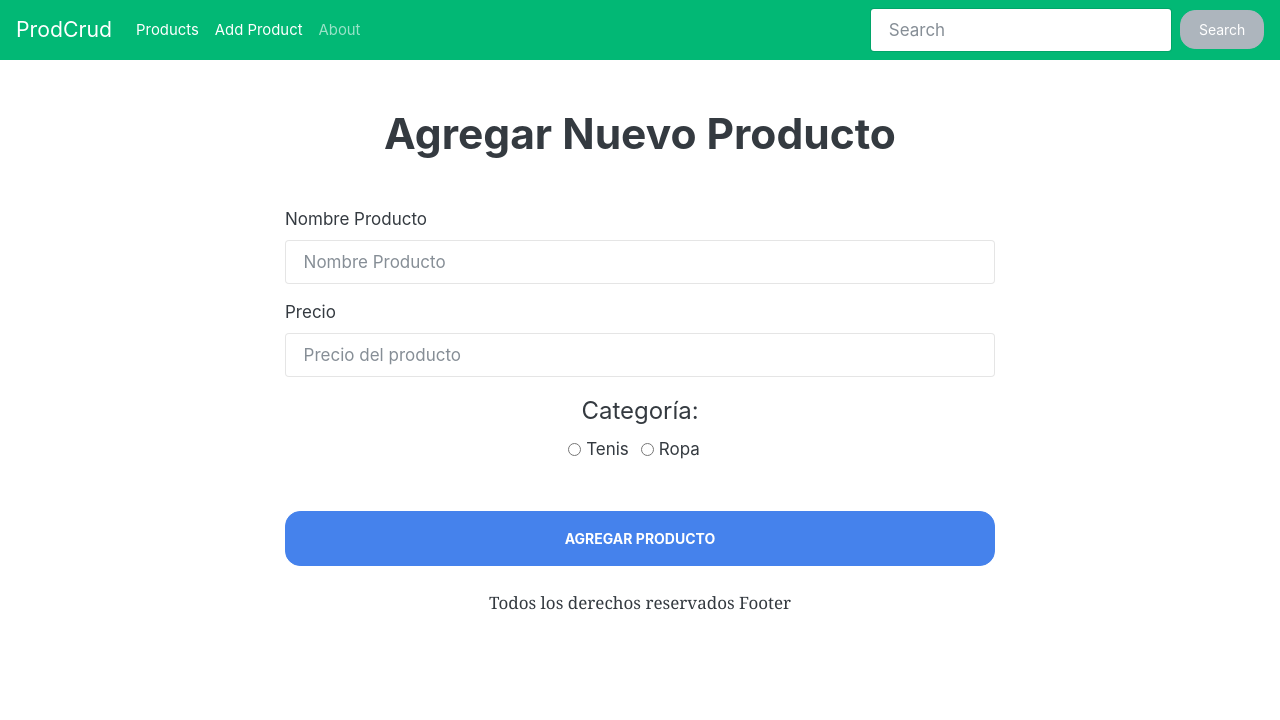
Repository: harrycampaz/router-reactjs
Page: /add-product
These files come from the project's save history. The page is drawn as it stood at one moment and after a run of saves; the edit follows.
The browser window is 1280 px wide. The pictures show the whole page.
The project was rebuilt for these pictures with package versions that can differ from the ones it lists, and the page was loaded fresh each time. Requests to the local data server were answered from the project's data file. Also part of the build but not shown: src/components/Product/Product.js, src/components/Product/Products.js, src/components/Error.js, src/components/Product/EditProduct.js.

Above is the page before, as saved 2020-01-25 16:40:19.

### public/index.html
<!DOCTYPE html>
<html lang="en">
  <head>
    <meta charset="utf-8" />
    <link rel="icon" href="%PUBLIC_URL%/favicon.ico" />
    <meta name="viewport" content="width=device-width, initial-scale=1" />
    <meta name="theme-color" content="#000000" />
    <meta
      name="description"
      content="Web site created using create-react-app"
    />
    <link rel="apple-touch-icon" href="%PUBLIC_URL%/logo192.png" />
    <!--
      manifest.json provides metadata used when your web app is installed on a
      user's mobile device or desktop. See https://developers.google.com/web/fundamentals/web-app-manifest/
    -->
    <link rel="manifest" href="%PUBLIC_URL%/manifest.json" />
    <link rel="stylesheet" href="/css/bootstrap.min.css">
    <!--
      Notice the use of %PUBLIC_URL% in the tags above.
      It will be replaced with the URL of the `public` folder during the build.
      Only files inside the `public` folder can be referenced from the HTML.

      Unlike "/favicon.ico" or "favicon.ico", "%PUBLIC_URL%/favicon.ico" will
      work correctly both with client-side routing and a non-root public URL.
      Learn how to configure a non-root public URL by running `npm run build`.
    -->
    <title>React App</title>
  </head>
  <body>
    <noscript>You need to enable JavaScript to run this app.</noscript>
    <div id="root"></div>
    <!--
      This HTML file is a template.
      If you open it directly in the browser, you will see an empty page.

      You can add webfonts, meta tags, or analytics to this file.
      The build step will place the bundled scripts into the <body> tag.

      To begin the development, run `npm start` or `yarn start`.
      To create a production bundle, use `npm run build` or `yarn build`.
    -->
  </body>
</html>

### src/App.js
import React, { useState, useEffect } from 'react';
import axios from "axios";

import { BrowserRouter as Router, Route, Switch } from 'react-router-dom';
import Products from './components/Product/Products';
import AddProduct from './components/Product/AddProduct';
import EditProduct from './components/Product/EditProduct';
import Product from './components/Product/Product';
import Header from './ui/Header';
import Footer from './ui/Footer';


function App() {

  const [products, setProducts]= useState([]);

  useEffect(()=> {

    fetchApi();

  }, [])

  const fetchApi = async () => {
    const result = await axios.get('http://localhost:4000/store');

    console.log(result.data);

    setProducts(result.data);

  }


  return (
    <Router>
      <Header/>
      <main className="container mt-5">
        <Switch>

          <Route exact path ="/products" render={() => (
            <Products products={products}/>
          )}/>
          <Route exact path ="/add-product" component={AddProduct}/>
          <Route exact path ="/products/:id" component={Product}/>
          <Route exact path ="/products/editar/:id" component={EditProduct}/>
        </Switch>
      </main>
      <Footer />
    </Router>

  );
}

export default App;

### src/components/Product/AddProduct.js
import React, { useState } from 'react';
import Error from '../Error';

function AddProduct(props) {

    const [name, setName] = useState('');
    const [price, setPrice] = useState('');
    const [category, setCategory] = useState('');
    const [error, setError] = useState(false);


    const readRadio = (e) =>{

        setCategory(e.target.value)
    }
    const saveProduct = (e) =>{
        e.preventDefault();

        if(name === '' || price === '' || category === ''){
            setError(true);
            return;
        }

        setError(false);


    }


    return (
        <div className="col-md-8 mx-auto ">
        <h1 className="text-center">Agregar Nuevo Producto</h1>

{(error) ? <Error msg ="Todos los campos sin obligatorios"/>: null}

        <form
            className="mt-5"
            onSubmit={saveProduct}
        >
            <div className="form-group">
                <label>Nombre Producto</label>
                <input
                    type="text"
                    className="form-control"
                    name="name"
                    placeholder="Nombre Producto"
                    onChange= {(e) => setName(e.target.value)}
                />
            </div>

            <div className="form-group">
                <label>Precio</label>
                <input
                    type="number"
                    className="form-control"
                    name="price"
                    placeholder="Precio del producto"
                    onChange= {(e) => setPrice(e.target.value)}
                />
            </div>

            <legend className="text-center">Categoría:</legend>
            <div className="text-center">
            <div className="form-check form-check-inline">
                <input
                    className="form-check-input"
                    type="radio"
                    name="category"
                    value="tenis"
                    onChange={readRadio}
                />
                <label className="form-check-label">
                    Tenis
                </label>
            </div>
            <div className="form-check form-check-inline">
                <input
                    className="form-check-input"
                    type="radio"
                    name="category"
                    value="ropa"
                    onChange={readRadio}
                />
                <label className="form-check-label">
                    Ropa
                </label>
            </div>

            </div>

            <input type="submit" className="font-weight-bold text-uppercase mt-5 btn btn-primary btn-block py-3" value="Agregar Producto" />
        </form>
    </div>
    );
}

export default AddProduct;

### src/ui/Header.js
import React from 'react';
import { Link, NavLink } from 'react-router-dom';

const Header = (props) => (
    <nav className="navbar navbar-expand-lg navbar-dark bg-dark">

    <NavLink to="/products" className="navbar-brand"> ProdCrud
          </NavLink>
    <button className="navbar-toggler" type="button" data-toggle="collapse" data-target="#navbarColor03" aria-controls="navbarColor03" aria-expanded="false" aria-label="Toggle navigation">
      <span className="navbar-toggler-icon"></span>
    </button>

    <div className="collapse navbar-collapse" id="navbarColor03">
      <ul className="navbar-nav mr-auto">
        <li className="nav-item active">
          <NavLink to="/products" className="nav-link" activeClassName="active" > Products
          </NavLink>
        </li>
        <li className="nav-item">
        <NavLink to="/add-product" className="nav-link"  activeClassName="active"> Add Product
          </NavLink>
        </li>

        <li className="nav-item">
          <a className="nav-link" href="#">About</a>
        </li>
      </ul>
      <form className="form-inline my-2 my-lg-0">
        <input className="form-control mr-sm-2" type="text" placeholder="Search" />
        <button className="btn btn-secondary my-2 my-sm-0" type="submit">Search</button>
      </form>
    </div>
</nav>
);

export default Header;

### src/ui/Footer.js
import React from 'react';

const Footer = (props) => (
            <div>
                <p className="mt-4 p2 text-center">
                Todos los derechos reservados Footer </p>
            </div>
    );

export default Footer;

### db.json
{
    "store" : [
        {
            "id": 1,
            "name": "Nike Vapor",
            "price": "300",
            "description": "Tenis muy comodas",
            "category":"tenis"
        },
        {
            "id": 2,
            "name": "Camiseta Jordan",
            "price": "50",
            "description": "Camiseta tipo buso",
            "category":"ropa"
        },
        {
            "id": 3,
            "name": "Camisilla Tommy",
            "price": "30",
            "description": "Camisilla de tela fria",
            "category":"ropa"
        }
    ]
}

Loaded but not shown: src/index.js (common file); src/index.css (common file); src/serviceWorker.js (common file); public/css/bootstrap.min.css (library)

After the next 3 saves:
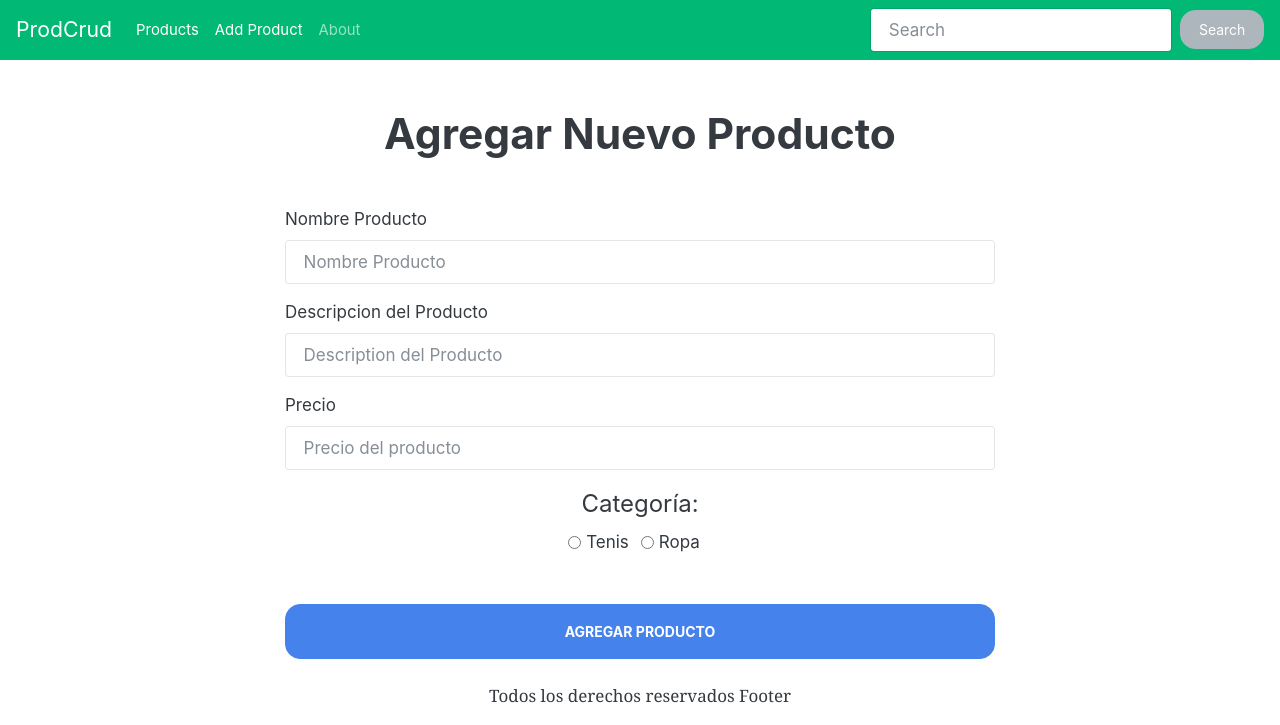
The 3 saves are shown as one change because 2 did not build or start.
The last was saved 6 min 9 s later.
--- a/src/components/Product/AddProduct.js
+++ b/src/components/Product/AddProduct.js
@@ -1,28 +1,41 @@
 import React, { useState } from 'react';
 import Error from '../Error';
+import Axios from 'axios';
 
 function AddProduct(props) {
 
     const [name, setName] = useState('');
     const [price, setPrice] = useState('');
     const [category, setCategory] = useState('');
+    const [description, setDecription] = useState('');
     const [error, setError] = useState(false);
 
 
-    const readRadio = (e) =>{
+    const readRadio =   (e) =>{
 
         setCategory(e.target.value)
     }
-    const saveProduct = (e) =>{
+    const saveProduct = async (e) =>{
         e.preventDefault();
 
         if(name === '' || price === '' || category === ''){
             setError(true);
             return;
         }
-
         setError(false);
 
+        try {
+
+            const result = await Axios.post('http://localhost:4000/store', {
+                name,
+                price,
+                category,
+                description
+            });
+
+        } catch (error){
+
+        }
 
     }
 
@@ -45,6 +58,17 @@ function AddProduct(props) {
                     name="name"
                     placeholder="Nombre Producto"
                     onChange= {(e) => setName(e.target.value)}
+                />
+            </div>
+
+            <div className="form-group">
+                <label>Descripcion del Producto</label>
+                <input
+                    type="text"
+                    className="form-control"
+                    name="description"
+                    placeholder="Description del Producto"
+                    onChange= {(e) => setDecription(e.target.value)}
                 />
             </div>
 
